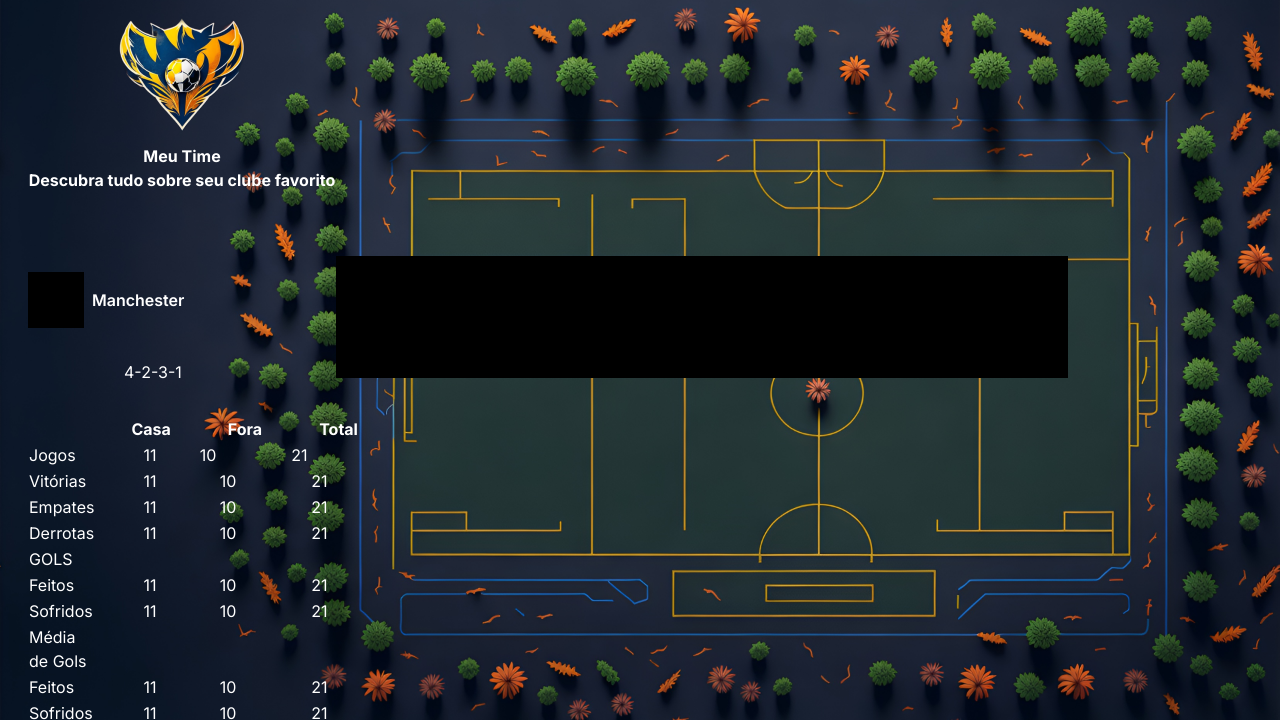
Repository: LuizAGDomingues/MeuTimeApp
Page: /statistics
The author's editor kept a copy of each file at every save. The page is drawn from the files as they stood at one save, then again after the next save.
The browser window is 1280 px wide. The pictures show the whole page.
The project was rebuilt for these pictures with package versions that can differ from the ones it lists, and the page was loaded fresh each time. The framework's server and built-in components were replaced by stand-ins that run in the browser. Also part of the build but not shown: next.config.js.

Above is the page before, as saved 2023-05-26 14:19:39.

After the next save:
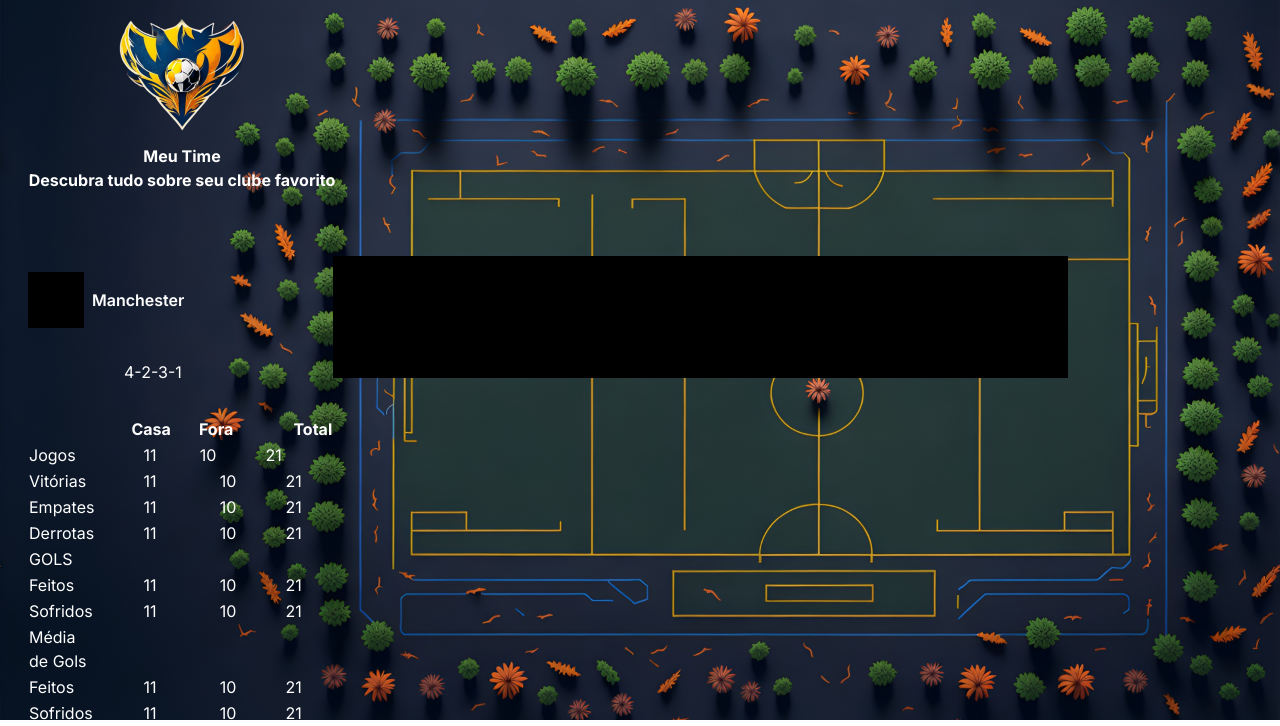
Saved 8 s later.
--- a/src/app/statistics/page.tsx
+++ b/src/app/statistics/page.tsx
@@ -65,7 +65,7 @@ function page() {
               <tr>
                 <th></th>
                 <th className="text-center pl-9">Casa</th>
-                <th className="text-center pl-14">Fora</th>
+                <th className="text-center pl-6">Fora</th>
                 <th className="text-center pl-14">Total</th>
               </tr>
             </thead>
